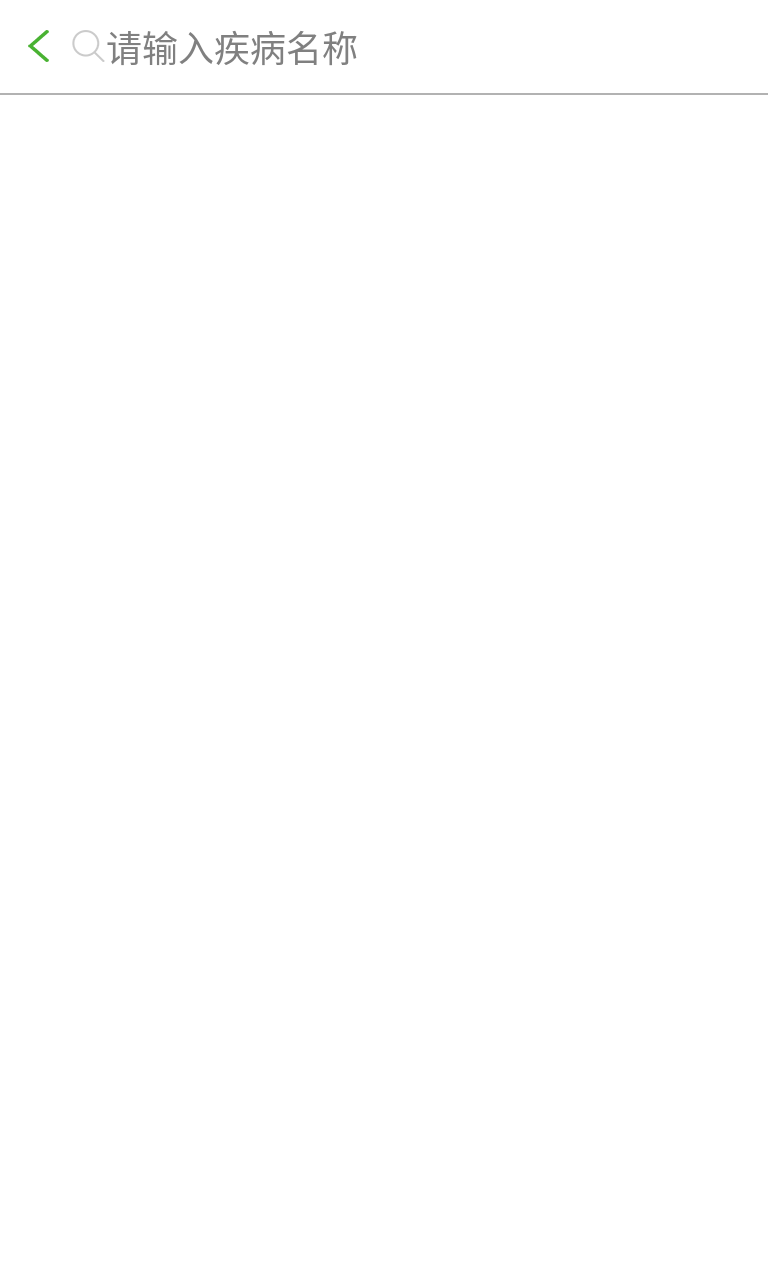
Repository: hjhlove110/XYApp
Layout: XYApp/res/layout/serache_view.xml
An editor plug-in stored every save of this project. The layout is shown before and after the next save, followed by the edit.
It is drawn on a 768 x 1280 px phone screen (xhdpi) without system bars, with theme Translucent; the app's code is not run.

Above is the layout before, as saved 2015-09-23 05:36:20.

### XYApp/res/layout/serache_view.xml
<LinearLayout xmlns:android="http://schemas.android.com/apk/res/android"
    android:layout_width="fill_parent"
    android:layout_height="fill_parent"
    android:orientation="vertical" >

    <LinearLayout
        android:layout_width="match_parent"
        android:layout_height="wrap_content"
        android:layout_margin="10dp"
        android:gravity="left|center_vertical"
        android:orientation="horizontal" >

        <ImageButton
            android:id="@+id/btnBack"
            android:layout_width="wrap_content"
            android:layout_height="wrap_content"
            android:background="@drawable/btn_back_selector" />

        <EditText
            android:id="@+id/title"
            android:layout_width="0dp"
            android:layout_height="wrap_content"
            android:layout_weight="1"
            android:paddingLeft="10dp"
            android:background="@null"
            android:drawableLeft="@drawable/serach1"
            android:gravity="center_vertical|left"
            android:hint="请输入疾病名称"
            android:paddingLeft="5dp"
            android:textColor="#49b233" />
    </LinearLayout>

    <View
        android:layout_width="match_parent"
        android:layout_height="1dp"
        android:background="#b2b2b2" />

</LinearLayout>

### XYApp/res/values/styles.xml
<resources>

    <!--
        Base application theme, dependent on API level. This theme is replaced
        by AppBaseTheme from res/values-vXX/styles.xml on newer devices.



    -->
    <style name="AppBaseTheme" parent="Theme.AppCompat.Light">
        <!--
            Theme customizations available in newer API levels can go in
            res/values-vXX/styles.xml, while customizations related to
            backward-compatibility can go here.



        -->
    </style>

    <!-- Application theme. -->
    <style name="AppTheme" parent="AppBaseTheme">

        <!-- All customizations that are NOT specific to a particular API-level can go here. -->
        <item name="android:windowNoTitle">true</item>
    </style>

    <style name="CheckBoxMain">
        <item name="android:button">@null</item>
        <item name="android:paddingTop">12dip</item>
        <item name="android:gravity">center</item>
        <item name="android:background">@drawable/bg_mune</item>
        <item name="android:textSize">14sp</item>
        <item name="android:textColor">#656565</item>
        <item name="android:layout_width">0dip</item>
        <item name="android:layout_height">wrap_content</item>
        <item name="android:layout_weight">1</item>
    </style>

    <style name="Translucent" parent="@android:style/Theme.Translucent">
        <item name="android:windowNoTitle">true</item>
        <item name="android:windowIsFloating">true</item>
        <item name="android:windowIsTranslucent">true</item>
        <item name="android:windowContentOverlay">@null</item>
        <item name="android:windowAnimationStyle">@android:style/Animation.Dialog</item>
        <item name="android:backgroundDimEnabled">true</item>
    </style>

</resources>

### XYApp/res/drawable/btn_back_selector.xml
<?xml version="1.0" encoding="UTF-8"?>
<selector xmlns:android="http://schemas.android.com/apk/res/android">

    <item android:drawable="@drawable/l_back_p" android:state_checked="true"/>
    <item android:drawable="@drawable/l_back_p" android:state_pressed="true"/>
    <item android:drawable="@drawable/l_back"/>

</selector>

After the next save:
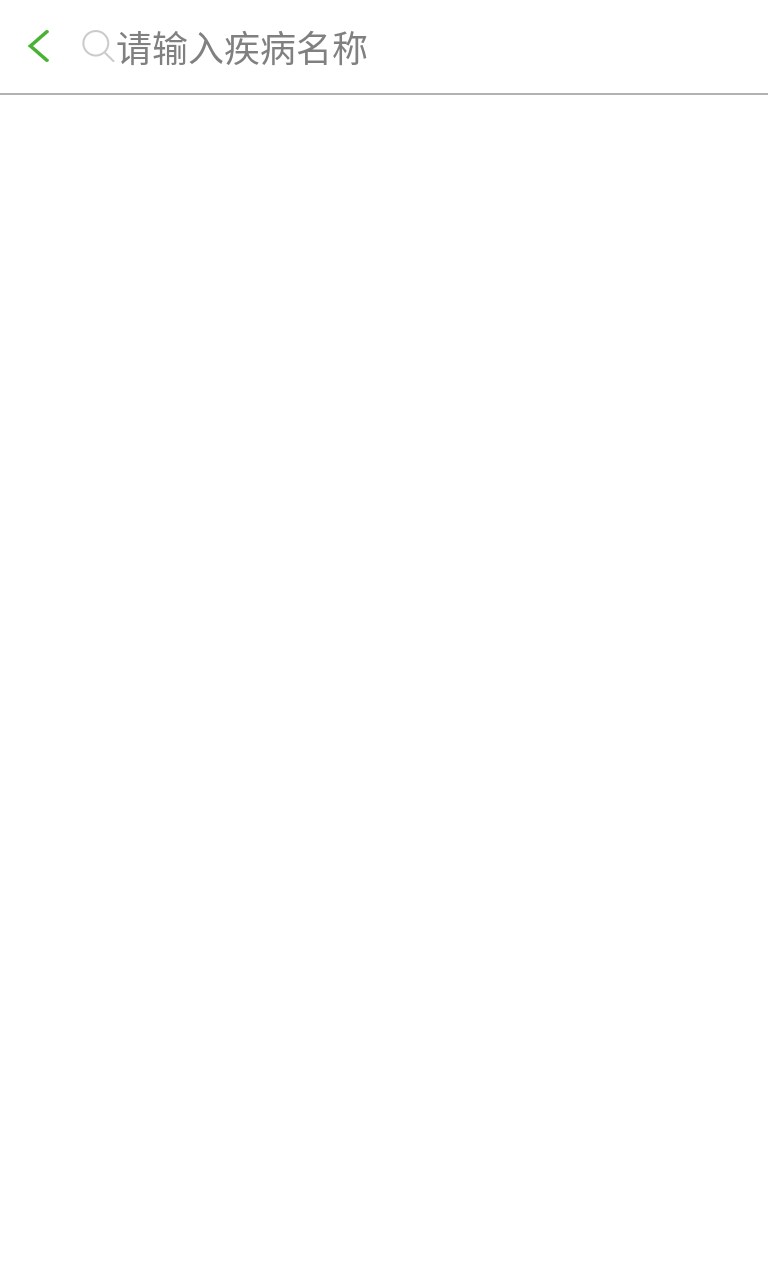
Saved 4 s later.
--- a/XYApp/res/layout/serache_view.xml
+++ b/XYApp/res/layout/serache_view.xml
@@ -26,7 +26,6 @@
             android:drawableLeft="@drawable/serach1"
             android:gravity="center_vertical|left"
             android:hint="请输入疾病名称"
-            android:paddingLeft="5dp"
             android:textColor="#49b233" />
     </LinearLayout>
 
